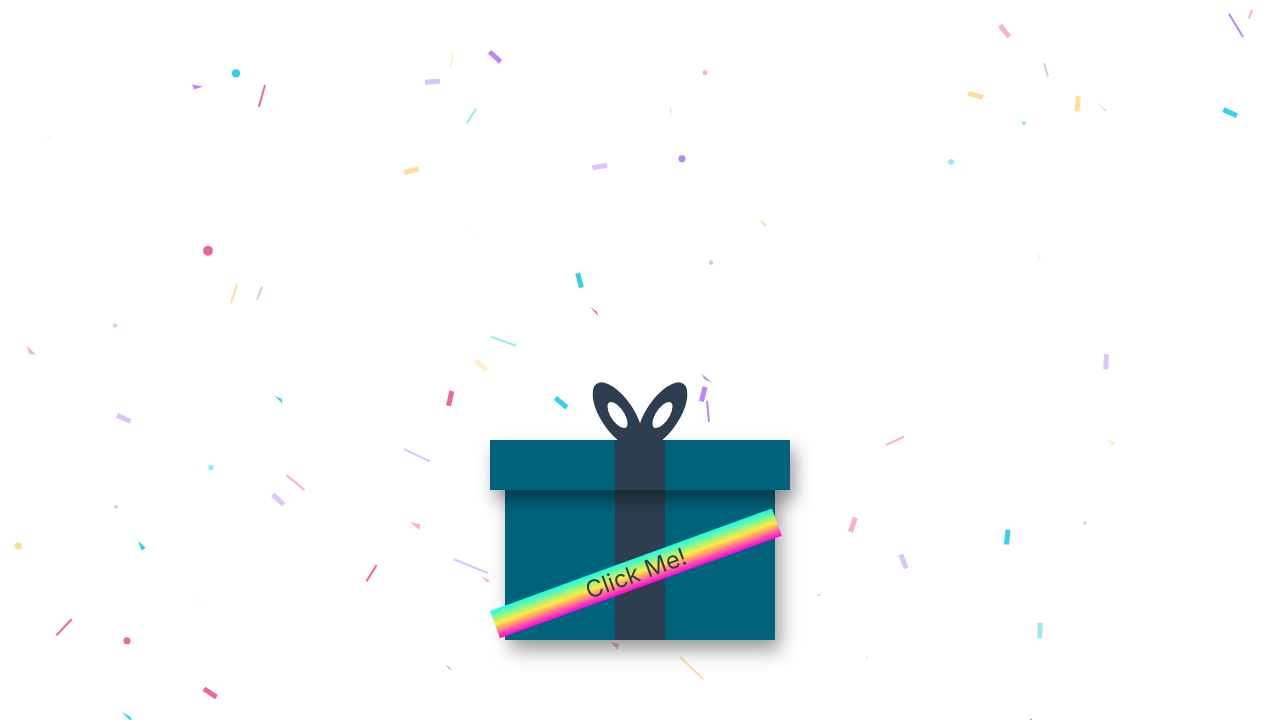
Repository: trongnghia161001/birth_day
Page: index.html
These files come from the project's save history. The page is drawn as it stood at one moment and after the next save; the edit follows.
The browser window is 1280 px wide. The pictures show the whole page.

Above is the page before, as saved 2022-11-14 22:06:25.

### index.html
<!DOCTYPE html>
<html>

<head>
  <meta charset="utf-8" />
  <meta name="viewport" content="width=device-width" />
  <title>Happy Birthday!</title>

  <link rel="stylesheet" href="styles/flexbox-center-container.css" media="all">
  <link rel="stylesheet" href="styles/system-fonts.css" media="all">
  <link rel="stylesheet" href="styles/style.css" media="all">
</head>

<body>
  <canvas id=c></canvas>
  <canvas id="confetti"></canvas>
  <div class="container" id="count">
    <h1 id="head">Countdown to your birthday:</h1>
    <ul>
      <li><span id="day"></span>days</li>
      <li><span id="hour"></span>hours</li>
      <li><span id="minute"></span>minutes</li>
      <li><span id="second"></span>seconds</li>
    </ul>
  </div>
  <div id="merrywrap" class="merrywrap">
    <canvas id="snowfall"></canvas>
    <div class="giftbox">
      <div class="cover">
        <div></div>
      </div>
      <div class="box"></div>
    </div>
</body>
<script src="scripts/confetti.min.js" charset="utf-8"></script>
<script src="scripts/index.js" charset="utf-8"></script>

</html>

### styles/style.css
* {
  box-sizing: border-box;
  margin: 0;
  padding: 0;
}
canvas {
  position: absolute;
  top: 0;
  left: 0;
}
body {
  background: #ffffff;
  overflow: hidden;
}
.container {
  color: rgba(55, 59, 65, 0.8);
  font-family: Helvetica, sans-serif;
  font-weight: lighter;
  text-align: center;
}

h1 {
  font-weight: normal;
}
li {
  display: inline-block;
  font-size: 1.5em;
  list-style-type: none;
  padding: 1em;
  text-transform: uppercase;
}
li span {
  display: block;
  font-size: 4.5rem;
}
.merrywrap {
  position: absolute;
  right: 40px;
  left: 40px;
  bottom: 80px;
  top: 40px;
}
.giftbox {
  position: absolute;
  width: 300px;
  height: 200px;
  left: 50%;
  margin-left: -150px;
  bottom: 0;
  z-index: 10;
}


.giftbox > div {
  background: rgb(0, 99, 124);
  position: absolute;
  box-shadow: 5px 10px 18px rgba(0, 0, 0, 0.4);
}

.giftbox:hover > div {
  box-shadow: none;
  transition: 1s all;
}

.giftbox > div:after, .giftbox > div:before {
  position: absolute;
  content: "";
  top: 0;
}
.giftbox:after {
  position: absolute;
  color: #2C3E50;
  width: 100%;
  content: "Click Me!";
  left: 0;
  bottom: 0;
  font-size: 24px;
  text-align: center;
  transform: rotate(-20deg);
  transform-origin: 0 0;
  background: linear-gradient(#14ffe9, #ffeb3b, #ff00e0);
}
.giftbox .cover {
  width: 100%;
  top: 0;
  left: 0;
  height: 25%;
  z-index: 2;
}
.giftbox .cover:before {
  position: absolute;
  height: 100%;
  left: 50%;
  width: 50px;
  transform: translateX(-50%);
  background: #2C3E50;
}
.giftbox .cover > div {
  position: absolute;
  width: 50px;
  height: 50px;
  left: 50%;
  top: -50px;
  transform: translateX(-50%);
}
.giftbox .cover > div:before, .giftbox .cover > div:after {
  position: absolute;
  left: 0;
  top: 0;
  width: 100%;
  height: 100%;
  content: "";
  box-shadow: inset 0 0 0 15px #2C3E50;
  border-radius: 30px;
  transform-origin: 50% 100%;
}
.giftbox .cover > div:before {
  transform: translateX(-45%) skewY(40deg);
}
.giftbox .cover > div:after {
  transform: translateX(45%) skewY(-40deg);
}
.giftbox .box {
  right: 5%;
  left: 5%;
  height: 80%;
  bottom: 0;
}
.giftbox .box:before {
  width: 50px;
  height: 100%;
  left: 50%;
  transform: translateX(-50%);
  background: #2C3E50;
}
.giftbox .box:after {
  width: 100%;
  height: 30px;
  background: rgba(0, 0, 0, 0);
}
.step-1 .giftbox {
  animation: wobble 0.5s linear infinite forwards;
}
.step-1 .cover {
  animation: wobble 0.5s linear infinite 5s forwards;
}
.step-1 .icons .row span {
  opacity: 1;
}
.step-2 .giftbox:after {
  opacity: 0;
}
.step-3 .giftbox, .step-4 .giftbox {
  opacity: 0;
  z-index: 1;
}
.step-3 .giftbox:after, .step-4 .giftbox:after {
  opacity: 0;
}
.step-2 .giftbox .cover {
  animation: flyUp 2s ease-in forwards;
}
.step-2 .giftbox .box {
  animation: flyDown 2s ease-in 0.05s forwards;
}
@keyframes wobble {
  25% {
      transform: rotate(4deg);
 }
  75% {
      transform: rotate(-2deg);
 }
}
@keyframes flyUp {
  75% {
      opacity: 1;
 }
  100% {
      transform: translateY(-1000px) rotate(20deg);
      opacity: 0;
 }
}
@keyframes flyDown {
  75% {
      opacity: 1;
 }
  100% {
      transform: translateY(100%);
      opacity: 0;
 }
}

### scripts/index.js
const count = document.getElementById('count');
const head = document.getElementById('head');
const giftbox = document.getElementById('merrywrap');
const canvasC = document.getElementById('c');

const config = {
  birthdate: 'Jan 29, 2020',
  name: 'Darlene'
};

function hideEverything() {
  head.style.display = 'none';
  count.style.display = 'none';
  giftbox.style.display = 'none';
  canvasC.style.display = 'none';
}

hideEverything();

const confettiSettings = { target: 'confetti' };
const confetti = new window.ConfettiGenerator(confettiSettings);
confetti.render();

const second = 1000,
  minute = second * 60,
  hour = minute * 60,
  day = hour * 24;

let countDown = new Date(`${config.birthdate} 00:00:00`).getTime();
x = setInterval(function() {
  let now = new Date().getTime(),
    distance = countDown - now;

  document.getElementById('day').innerText = Math.floor(distance / day);
  document.getElementById('hour').innerText = Math.floor(
    (distance % day) / hour
  );
  document.getElementById('minute').innerText = Math.floor(
    (distance % hour) / minute
  );
  document.getElementById('second').innerText = Math.floor(
    (distance % minute) / second
  );

  let w = (c.width = window.innerWidth),
    h = (c.height = window.innerHeight),
    ctx = c.getContext('2d'),
    hw = w / 2, // half-width
    hh = h / 2,
    opts = {
      strings: ['HAPPY', 'BIRTHDAY!', config.name],
      charSize: 30,
      charSpacing: 35,
      lineHeight: 40,

      cx: w / 2,
      cy: h / 2,

      fireworkPrevPoints: 10,
      fireworkBaseLineWidth: 5,
      fireworkAddedLineWidth: 8,
      fireworkSpawnTime: 200,
      fireworkBaseReachTime: 30,
      fireworkAddedReachTime: 30,
      fireworkCircleBaseSize: 20,
      fireworkCircleAddedSize: 10,
      fireworkCircleBaseTime: 30,
      fireworkCircleAddedTime: 30,
      fireworkCircleFadeBaseTime: 10,
      fireworkCircleFadeAddedTime: 5,
      fireworkBaseShards: 5,
      fireworkAddedShards: 5,
      fireworkShardPrevPoints: 3,
      fireworkShardBaseVel: 4,
      fireworkShardAddedVel: 2,
      fireworkShardBaseSize: 3,
      fireworkShardAddedSize: 3,
      gravity: 0.1,
      upFlow: -0.1,
      letterContemplatingWaitTime: 360,
      balloonSpawnTime: 20,
      balloonBaseInflateTime: 10,
      balloonAddedInflateTime: 10,
      balloonBaseSize: 20,
      balloonAddedSize: 20,
      balloonBaseVel: 0.4,
      balloonAddedVel: 0.4,
      balloonBaseRadian: -(Math.PI / 2 - 0.5),
      balloonAddedRadian: -1
    },
    calc = {
      totalWidth:
        opts.charSpacing *
        Math.max(opts.strings[0].length, opts.strings[1].length)
    },
    Tau = Math.PI * 2,
    TauQuarter = Tau / 4,
    letters = [];

  ctx.font = opts.charSize + 'px Verdana';

  function Letter(char, x, y) {
    this.char = char;
    this.x = x;
    this.y = y;

    this.dx = -ctx.measureText(char).width / 2;
    this.dy = +opts.charSize / 2;

    this.fireworkDy = this.y - hh;

    let hue = (x / calc.totalWidth) * 360;

    this.color = 'hsl(hue,80%,50%)'.replace('hue', hue);
    this.lightAlphaColor = 'hsla(hue,80%,light%,alp)'.replace('hue', hue);
    this.lightColor = 'hsl(hue,80%,light%)'.replace('hue', hue);
    this.alphaColor = 'hsla(hue,80%,50%,alp)'.replace('hue', hue);

    this.reset();
  }
  Letter.prototype.reset = function() {
    this.phase = 'firework';
    this.tick = 0;
    this.spawned = false;
    this.spawningTime = (opts.fireworkSpawnTime * Math.random()) | 0;
    this.reachTime =
      (opts.fireworkBaseReachTime +
        opts.fireworkAddedReachTime * Math.random()) |
      0;
    this.lineWidth =
      opts.fireworkBaseLineWidth + opts.fireworkAddedLineWidth * Math.random();
    this.prevPoints = [[0, hh, 0]];
  };
  Letter.prototype.step = function() {
    if (this.phase === 'firework') {
      if (!this.spawned) {
        ++this.tick;
        if (this.tick >= this.spawningTime) {
          this.tick = 0;
          this.spawned = true;
        }
      } else {
        ++this.tick;

        let linearProportion = this.tick / this.reachTime,
          armonicProportion = Math.sin(linearProportion * TauQuarter),
          x = linearProportion * this.x,
          y = hh + armonicProportion * this.fireworkDy;

        if (this.prevPoints.length > opts.fireworkPrevPoints)
          this.prevPoints.shift();

        this.prevPoints.push([x, y, linearProportion * this.lineWidth]);

        let lineWidthProportion = 1 / (this.prevPoints.length - 1);

        for (let i = 1; i < this.prevPoints.length; ++i) {
          let point = this.prevPoints[i],
            point2 = this.prevPoints[i - 1];

          ctx.strokeStyle = this.alphaColor.replace(
            'alp',
            i / this.prevPoints.length
          );
          ctx.lineWidth = point[2] * lineWidthProportion * i;
          ctx.beginPath();
          ctx.moveTo(point[0], point[1]);
          ctx.lineTo(point2[0], point2[1]);
          ctx.stroke();
        }

        if (this.tick >= this.reachTime) {
          this.phase = 'contemplate';

          this.circleFinalSize =
            opts.fireworkCircleBaseSize +
            opts.fireworkCircleAddedSize * Math.random();
          this.circleCompleteTime =
            (opts.fireworkCircleBaseTime +
              opts.fireworkCircleAddedTime * Math.random()) |
            0;
          this.circleCreating = true;
          this.circleFading = false;

          this.circleFadeTime =
            (opts.fireworkCircleFadeBaseTime +
              opts.fireworkCircleFadeAddedTime * Math.random()) |
            0;
          this.tick = 0;
          this.tick2 = 0;

          this.shards = [];

          let shardCount =
              (opts.fireworkBaseShards +
                opts.fireworkAddedShards * Math.random()) |
              0,
            angle = Tau / shardCount,
            cos = Math.cos(angle),
            sin = Math.sin(angle),
            x = 1,
            y = 0;

          for (let i = 0; i < shardCount; ++i) {
            let x1 = x;
            x = x * cos - y * sin;
            y = y * cos + x1 * sin;

            this.shards.push(new Shard(this.x, this.y, x, y, this.alphaColor));
          }
        }
      }
    } else if (this.phase === 'contemplate') {
      ++this.tick;

      if (this.circleCreating) {
        ++this.tick2;
        let proportion = this.tick2 / this.circleCompleteTime,
          armonic = -Math.cos(proportion * Math.PI) / 2 + 0.5;

        ctx.beginPath();
        ctx.fillStyle = this.lightAlphaColor
          .replace('light', 50 + 50 * proportion)
          .replace('alp', proportion);
        ctx.beginPath();
        ctx.arc(this.x, this.y, armonic * this.circleFinalSize, 0, Tau);
        ctx.fill();

        if (this.tick2 > this.circleCompleteTime) {
          this.tick2 = 0;
          this.circleCreating = false;
          this.circleFading = true;
        }
      } else if (this.circleFading) {
        ctx.fillStyle = this.lightColor.replace('light', 70);
        ctx.fillText(this.char, this.x + this.dx, this.y + this.dy);

        ++this.tick2;
        let proportion = this.tick2 / this.circleFadeTime,
          armonic = -Math.cos(proportion * Math.PI) / 2 + 0.5;

        ctx.beginPath();
        ctx.fillStyle = this.lightAlphaColor
          .replace('light', 100)
          .replace('alp', 1 - armonic);
        ctx.arc(this.x, this.y, this.circleFinalSize, 0, Tau);
        ctx.fill();

        if (this.tick2 >= this.circleFadeTime) this.circleFading = false;
      } else {
        ctx.fillStyle = this.lightColor.replace('light', 70);
        ctx.fillText(this.char, this.x + this.dx, this.y + this.dy);
      }

      for (let i = 0; i < this.shards.length; ++i) {
        this.shards[i].step();

        if (!this.shards[i].alive) {
          this.shards.splice(i, 1);
          --i;
        }
      }

      if (this.tick > opts.letterContemplatingWaitTime) {
        this.phase = 'balloon';

        this.tick = 0;
        this.spawning = true;
        this.spawnTime = (opts.balloonSpawnTime * Math.random()) | 0;
        this.inflating = false;
        this.inflateTime =
          (opts.balloonBaseInflateTime +
            opts.balloonAddedInflateTime * Math.random()) |
          0;
        this.size =
          (opts.balloonBaseSize + opts.balloonAddedSize * Math.random()) | 0;

        let rad =
            opts.balloonBaseRadian + opts.balloonAddedRadian * Math.random(),
          vel = opts.balloonBaseVel + opts.balloonAddedVel * Math.random();

        this.vx = Math.cos(rad) * vel;
        this.vy = Math.sin(rad) * vel;
      }
    } else if (this.phase === 'balloon') {
      ctx.strokeStyle = this.lightColor.replace('light', 80);

      if (this.spawning) {
        ++this.tick;
        ctx.fillStyle = this.lightColor.replace('light', 70);
        ctx.fillText(this.char, this.x + this.dx, this.y + this.dy);

        if (this.tick >= this.spawnTime) {
          this.tick = 0;
          this.spawning = false;
          this.inflating = true;
        }
      } else if (this.inflating) {
        ++this.tick;

        let proportion = this.tick / this.inflateTime,
          x = (this.cx = this.x),
          y = (this.cy = this.y - this.size * proportion);

        ctx.fillStyle = this.alphaColor.replace('alp', proportion);
        ctx.beginPath();
        generateBalloonPath(x, y, this.size * proportion);
        ctx.fill();

        ctx.beginPath();
        ctx.moveTo(x, y);
        ctx.lineTo(x, this.y);
        ctx.stroke();

        ctx.fillStyle = this.lightColor.replace('light', 70);
        ctx.fillText(this.char, this.x + this.dx, this.y + this.dy);

        if (this.tick >= this.inflateTime) {
          this.tick = 0;
          this.inflating = false;
        }
      } else {
        this.cx += this.vx;
        this.cy += this.vy += opts.upFlow;

        ctx.fillStyle = this.color;
        ctx.beginPath();
        generateBalloonPath(this.cx, this.cy, this.size);
        ctx.fill();

        ctx.beginPath();
        ctx.moveTo(this.cx, this.cy);
        ctx.lineTo(this.cx, this.cy + this.size);
        ctx.stroke();

        ctx.fillStyle = this.lightColor.replace('light', 70);
        ctx.fillText(
          this.char,
          this.cx + this.dx,
          this.cy + this.dy + this.size
        );

        if (this.cy + this.size < -hh || this.cx < -hw || this.cy > hw)
          this.phase = 'done';
      }
    }
  };

  function Shard(x, y, vx, vy, color) {
    let vel =
      opts.fireworkShardBaseVel + opts.fireworkShardAddedVel * Math.random();

    this.vx = vx * vel;
    this.vy = vy * vel;

    this.x = x;
    this.y = y;

    this.prevPoints = [[x, y]];
    this.color = color;

    this.alive = true;

    this.size =
      opts.fireworkShardBaseSize + opts.fireworkShardAddedSize * Math.random();
  }
  Shard.prototype.step = function() {
    this.x += this.vx;
    this.y += this.vy += opts.gravity;

    if (this.prevPoints.length > opts.fireworkShardPrevPoints)
      this.prevPoints.shift();

    this.prevPoints.push([this.x, this.y]);

    let lineWidthProportion = this.size / this.prevPoints.length;

    for (let k = 0; k < this.prevPoints.length - 1; ++k) {
      let point = this.prevPoints[k],
        point2 = this.prevPoints[k + 1];

      ctx.strokeStyle = this.color.replace('alp', k / this.prevPoints.length);
      ctx.lineWidth = k * lineWidthProportion;
      ctx.beginPath();
      ctx.moveTo(point[0], point[1]);
      ctx.lineTo(point2[0], point2[1]);
      ctx.stroke();
    }

    if (this.prevPoints[0][1] > hh) this.alive = false;
  };

  function generateBalloonPath(x, y, size) {
    ctx.moveTo(x, y);
    ctx.bezierCurveTo(
      x - size / 2,
      y - size / 2,
      x - size / 4,
      y - size,
      x,
      y - size
    );
    ctx.bezierCurveTo(x + size / 4, y - size, x + size / 2, y - size / 2, x, y);
  }

  function anim() {
    window.requestAnimationFrame(anim);

    ctx.fillStyle = '#fff';
    ctx.fillRect(0, 0, w, h);

    ctx.translate(hw, hh);

    let done = true;
    for (let l = 0; l < letters.length; ++l) {
      letters[l].step();
      if (letters[l].phase !== 'done') done = false;
    }

    ctx.translate(-hw, -hh);

    if (done) for (let l = 0; l < letters.length; ++l) letters[l].reset();
  }

  for (let i = 0; i < opts.strings.length; ++i) {
    for (let j = 0; j < opts.strings[i].length; ++j) {
      letters.push(
        new Letter(
          opts.strings[i][j],
          j * opts.charSpacing +
            opts.charSpacing / 2 -
            (opts.strings[i].length * opts.charSize) / 2,
          i * opts.lineHeight +
            opts.lineHeight / 2 -
            (opts.strings.length * opts.lineHeight) / 2
        )
      );
    }
  }

  window.addEventListener('resize', function() {
    w = c.width = window.innerWidth;
    h = c.height = window.innerHeight;

    hw = w / 2;
    hh = h / 2;

    ctx.font = opts.charSize + 'px Verdana';
  });

  if (distance > 0) {
    head.style.display = 'initial';
    count.style.display = 'initial';
  } else {
    head.style.display = 'none';
    count.style.display = 'none';
    giftbox.style.display = 'initial';
    clearInterval(x);
    let merrywrap = document.getElementById('merrywrap');
    let box = merrywrap.getElementsByClassName('giftbox')[0];
    let step = 1;
    let stepMinutes = [2000, 2000, 1000, 1000];

    function init() {
      box.addEventListener('click', openBox, false);
      box.addEventListener('click', showfireworks, false);
    }

    function stepClass(step) {
      merrywrap.className = 'merrywrap';
      merrywrap.className = 'merrywrap step-' + step;
    }

    function openBox() {
      if (step === 1) {
        box.removeEventListener('click', openBox, false);
      }
      stepClass(step);
      if (step === 3) {
      }
      if (step === 4) {
        return;
      }
      setTimeout(openBox, stepMinutes[step - 1]);
      step++;
      //   setTimeout(anim, 1900);
    }

    function showfireworks() {
      canvasC.style.display = 'initial';
      setTimeout(anim, 1500);
    }

    init();
  }

  // if (distance < 0) {
  //     clearInterval(x);
  //     console.log("happy birthday");
  // }
}, second);

Loaded but not shown: styles/flexbox-center-container.css (common file); styles/system-fonts.css (common file); scripts/confetti.min.js (library)

After the next save:
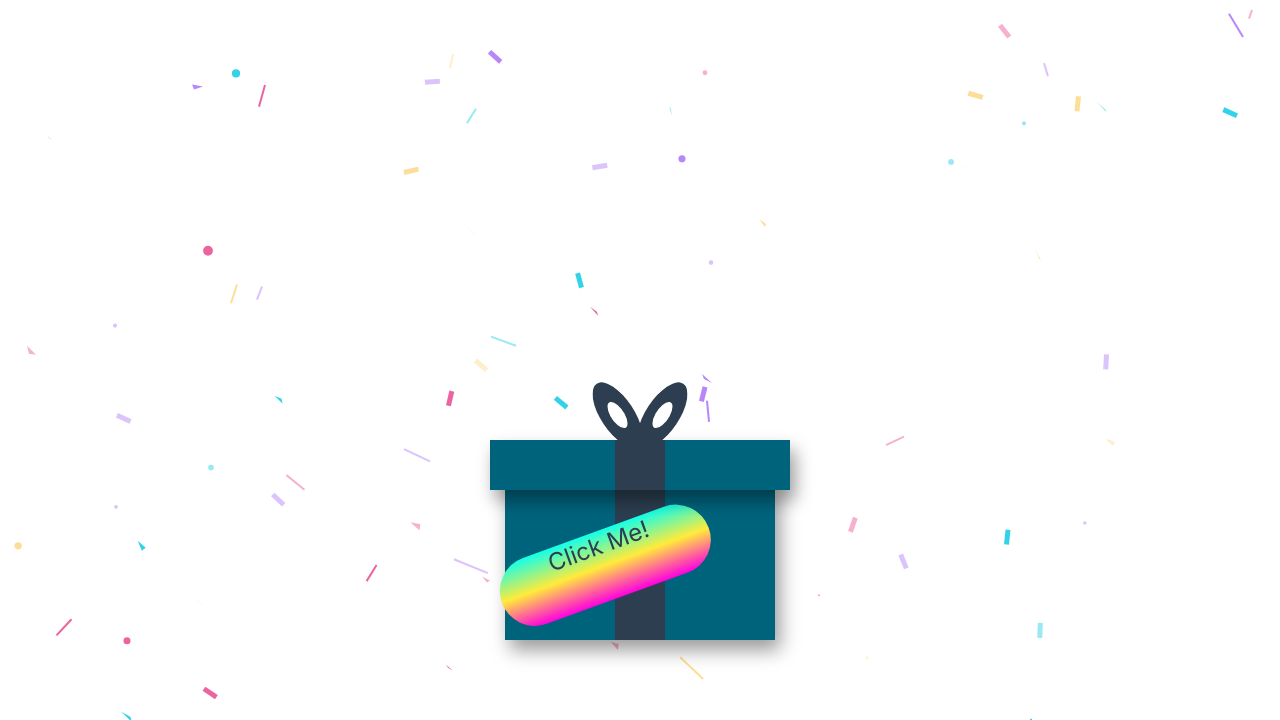
Saved 42 s later.
--- a/styles/style.css
+++ b/styles/style.css
@@ -79,6 +79,9 @@ li span {
   transform: rotate(-20deg);
   transform-origin: 0 0;
   background: linear-gradient(#14ffe9, #ffeb3b, #ff00e0);
+  height: 70px;
+  width: 220px;
+  border-radius: 50px;
 }
 .giftbox .cover {
   width: 100%;
